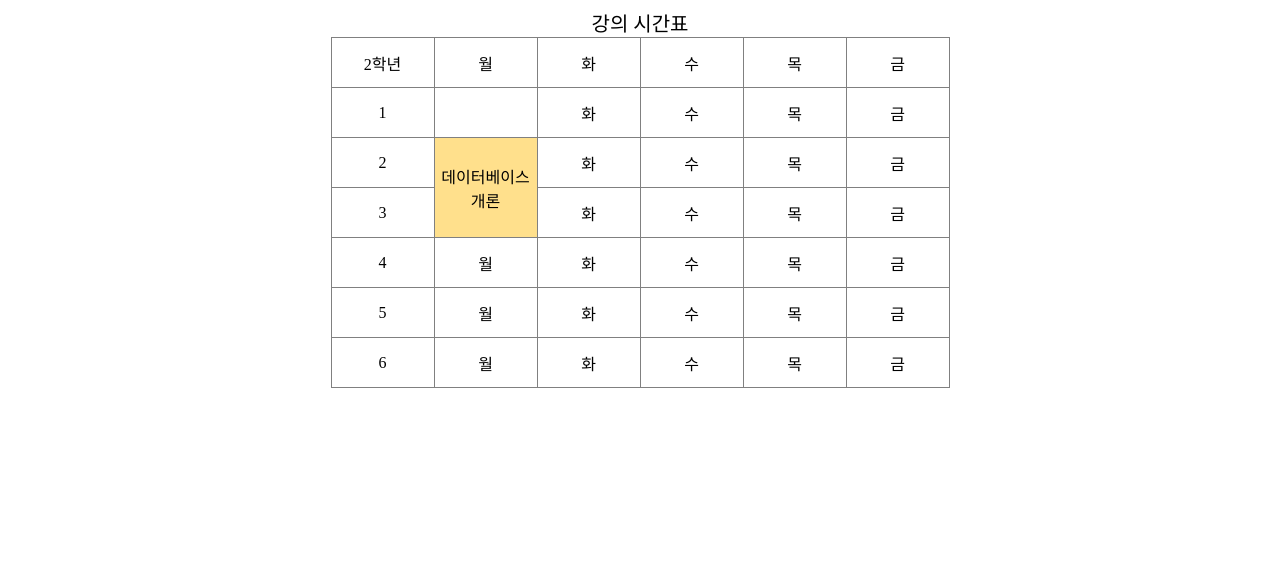
Repository: gyungmean/2020_2_webProgramming
Page: week1/week1/WebContent/Practice01/Practice01.html
The author's editor kept a copy of each file at every save. The page is drawn from the files as they stood at one save, then again after the next save.
The browser window is 1280 px wide. The pictures show the whole page.

Above is the page before, as saved 2020-09-05 15:45:21.

After the next save:
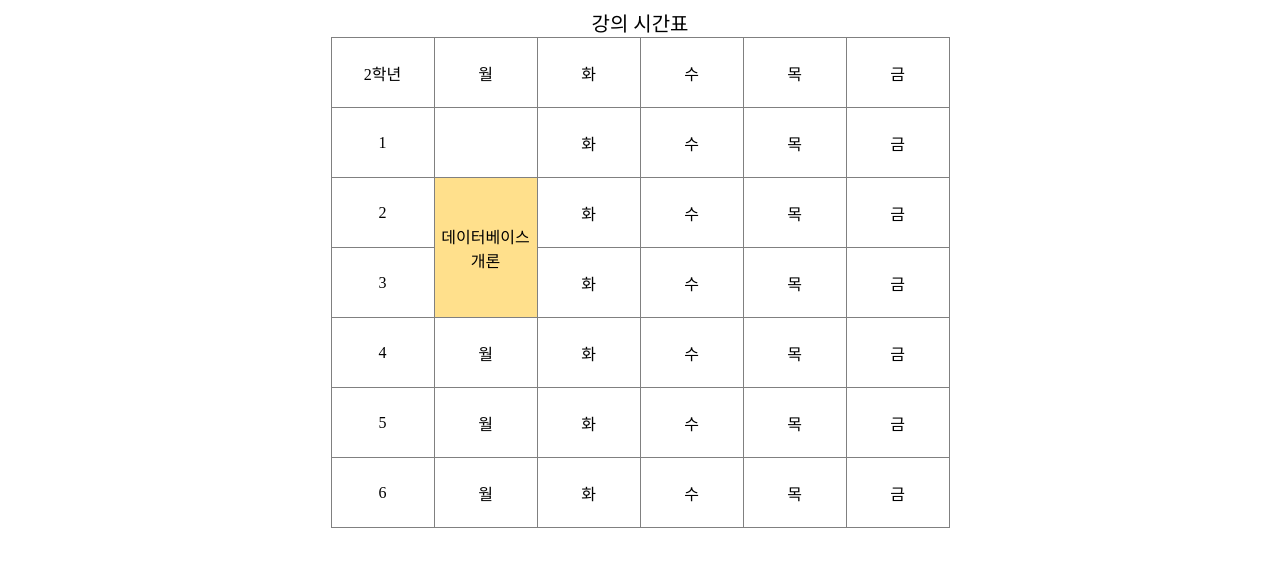
Saved 10 s later.
--- a/week1/week1/WebContent/Practice01/Practice01.html
+++ b/week1/week1/WebContent/Practice01/Practice01.html
@@ -24,7 +24,7 @@
 		background-color: #BDBDBD;
 	}
 	tr{
-		height: 50px;
+		height: 70px;
 	}
 
 	</style>
